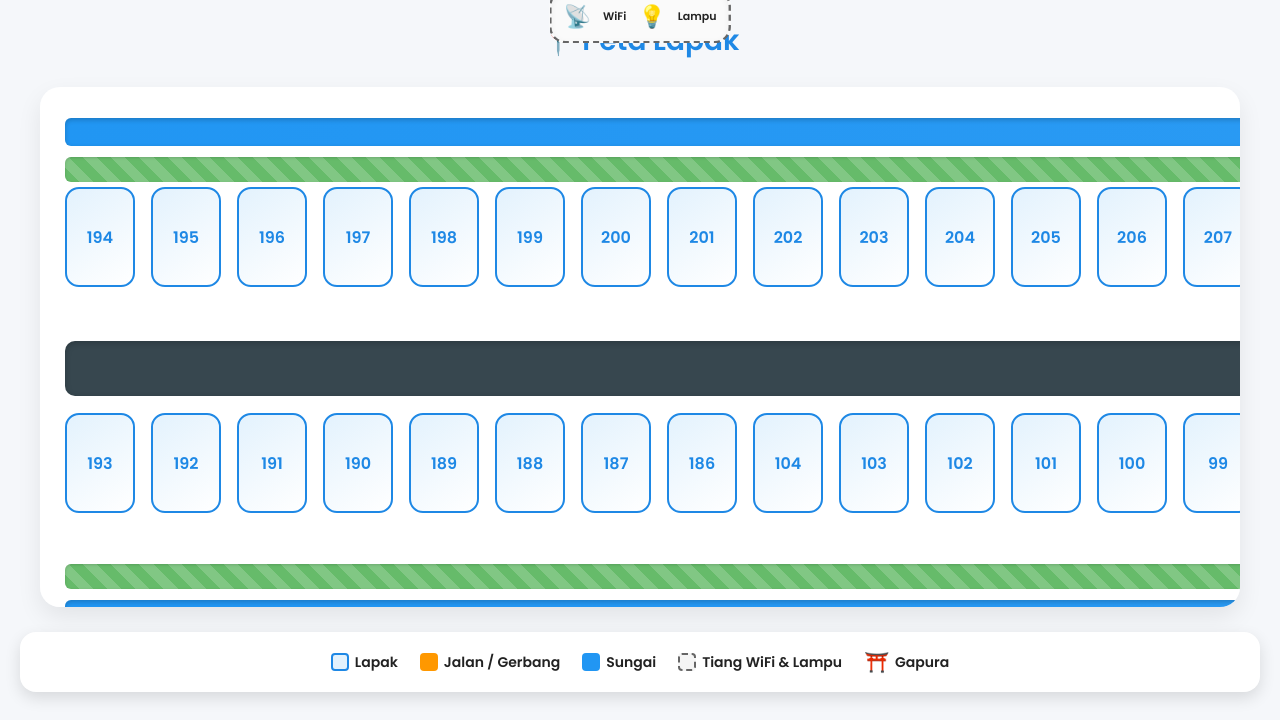
Repository: pasarrakyatbak/denah
Page: index.html
These files come from the project's save history. The page is drawn as it stood at one moment and after a run of saves; the edit follows.
The browser window is 1280 px wide. The pictures show the whole page.
An inner scrolling area shows only its first screen.

Above is the page before, as saved 2025-09-19 18:59:39.

After the next 3 saves:
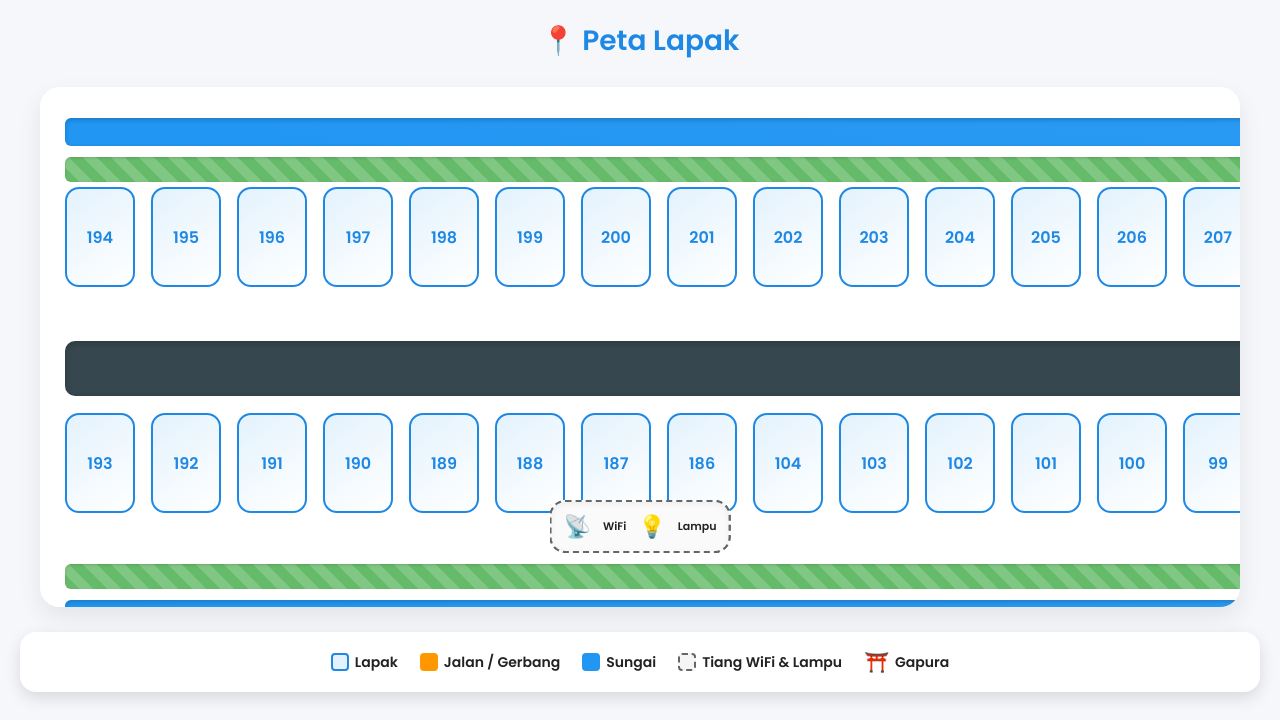
The 3 saves are shown as one change because they came seconds apart.
The last was saved 16 s later.
--- a/style.css
+++ b/style.css
@@ -155,7 +155,7 @@ h1 {
 /* Tiang WiFi + Lampu */
 .tiang-container {
     position: absolute;
-    top: -10px;
+    top: 500px;
     left: 50%;
     transform: translateX(-50%);
     z-index: 10;
